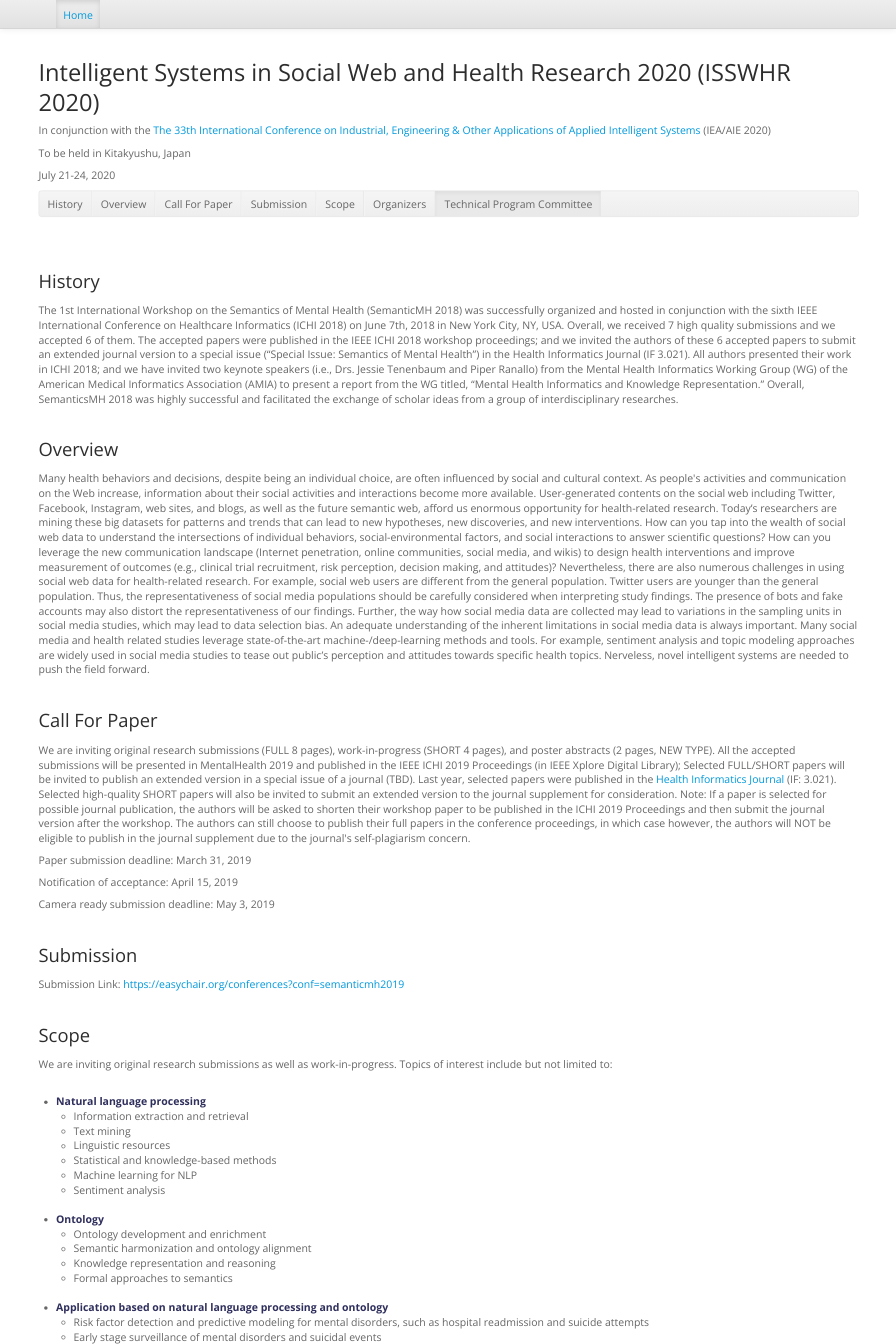
Repository: bianjiang/semantics-powered.org
Page: ISSWHR-2020/index.html
The author's editor kept a copy of each file at every save. The page is drawn from the files as they stood at one save, then again after the next save.
The browser window is 1280 px wide. The pictures show the part of the page from y = 0 to 1920 px (the page is 3041 px tall before and 2801 px after), at 70% of full size.
Some web libraries are served in a nearby version.

Above is the page before, as saved 2019-10-26 16:52:51.
Console error (its wording comes from the project's code and is left out).

After the next save:
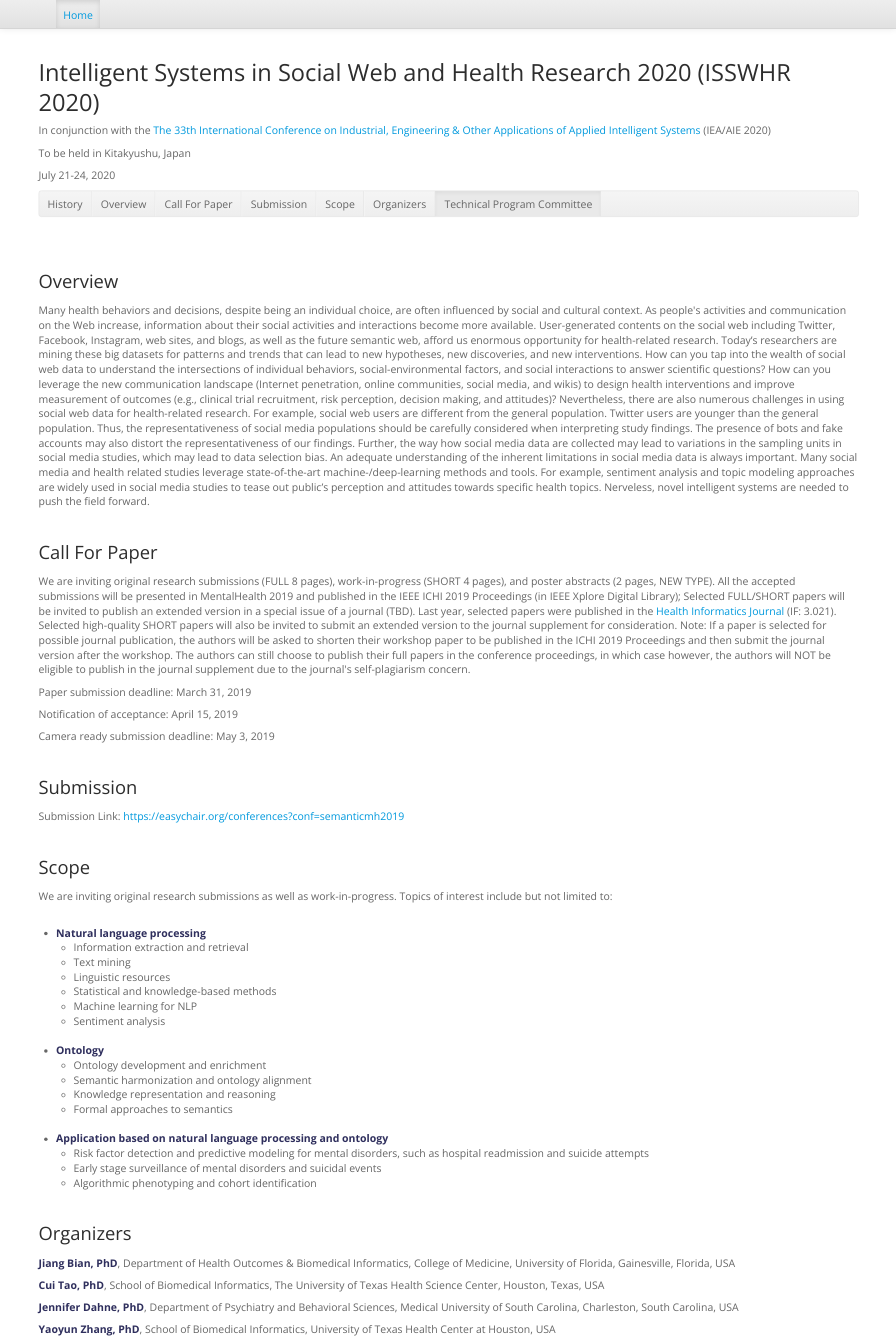
Saved 5 s later.
--- a/ISSWHR-2020/index.html
+++ b/ISSWHR-2020/index.html
@@ -104,7 +104,7 @@
       </div>
     </header>
 
-    <section id="History">
+    <!-- <section id="History">
       <div class="row">
         <div class="span12">
           <h3>History</h3>
@@ -113,7 +113,7 @@
         </p>
         </div>
       </div>
-    </section>
+    </section> -->
 
     <section id="overview">
       <div class="row">
